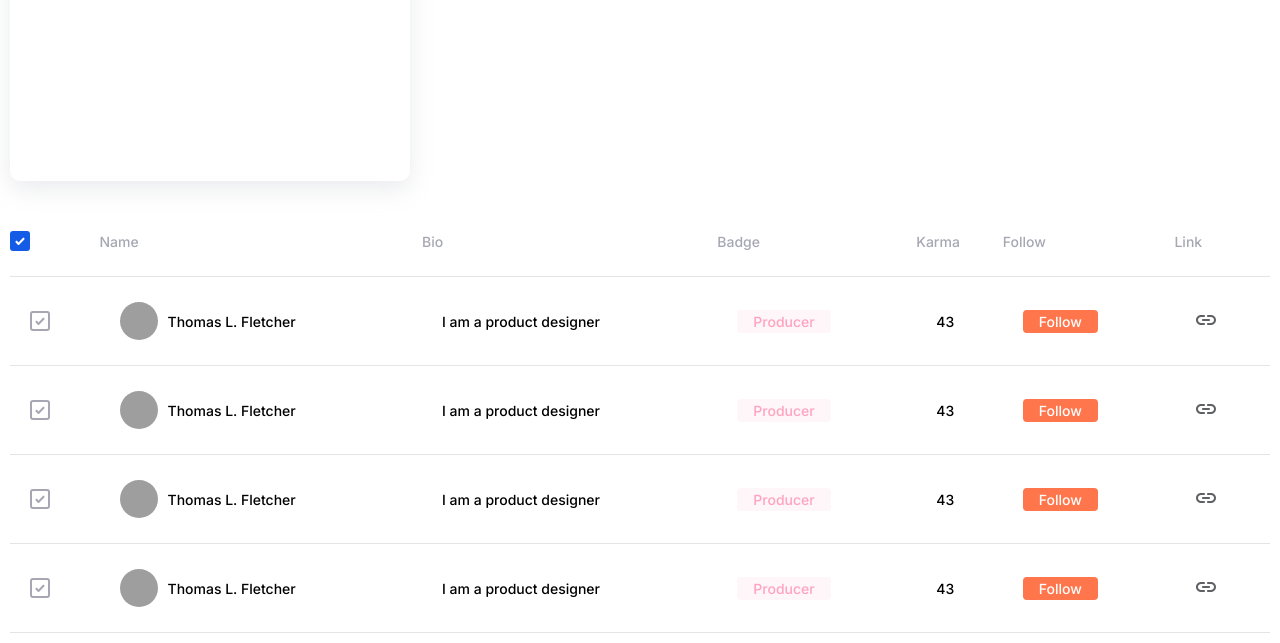
Repository: anhphapap/CSS
Page: test.html
The author's editor kept a copy of each file at every save. The page is drawn from the files as they stood at one save, then again after the next save.
The browser window is 1280 px wide. The pictures show the part of the page from y = 642 to 1310 px (the page is 1285 px tall before and 1310 px after).
Pictures or frames that could not be fetched are drawn as grey boxes. A picture or video elsewhere on the page could not be fetched, so the positions and the page height are approximate.

Above is the page before, as saved 2023-04-09 19:09:26.

After the next save:
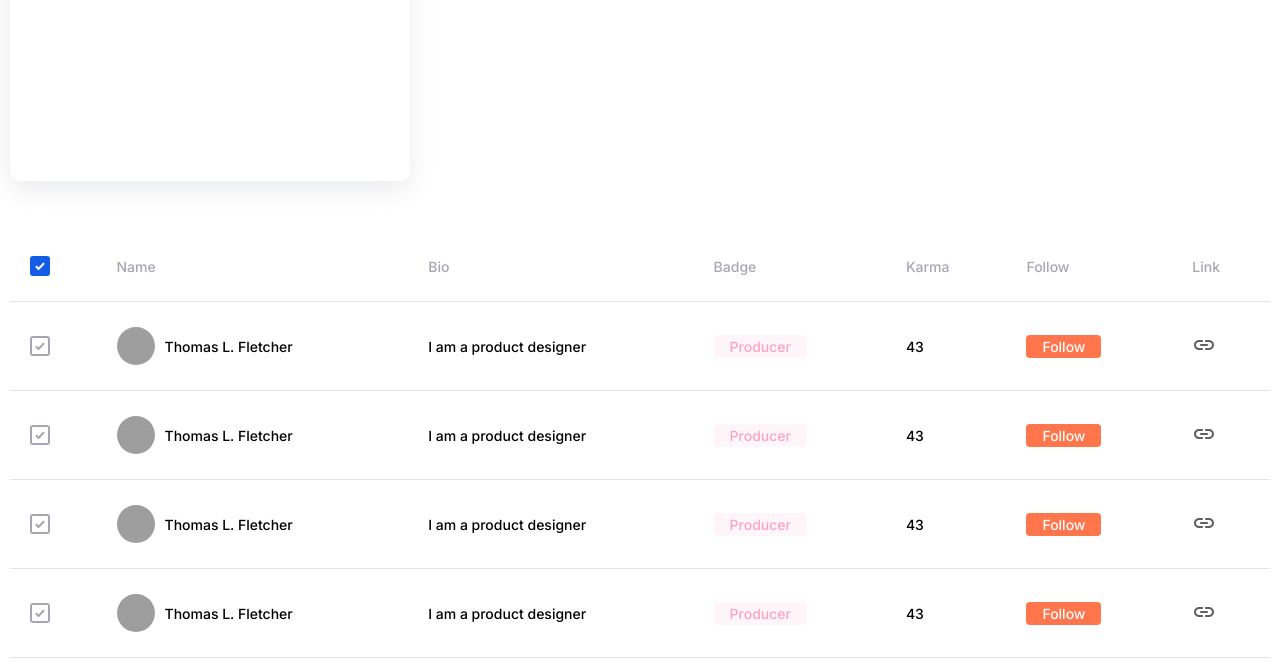
Saved 17 s later.
--- a/CSS/test.css
+++ b/CSS/test.css
@@ -320,7 +320,7 @@ tbody tr{
 tbody tr:last-child{
     border-bottom: 1px solid #E4E4E4;
 }
-td{
+td,th{
     padding: 25px 20px;
     white-space: nowrap;
 }
